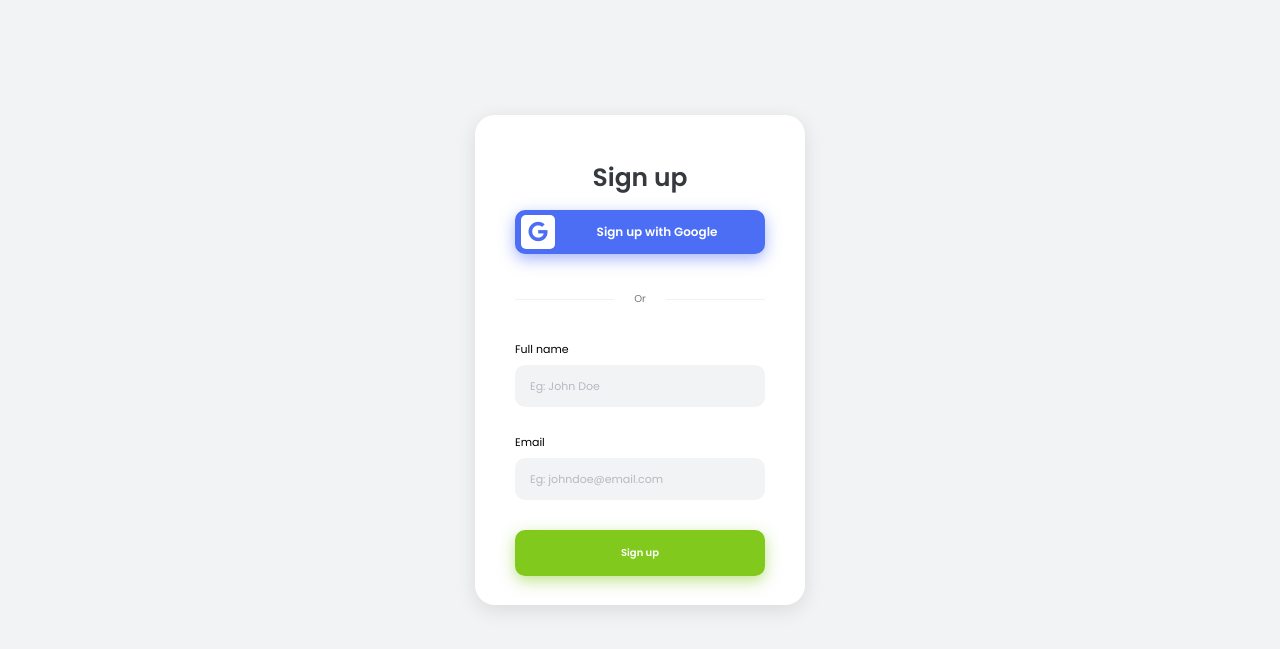
Repository: TranMinhMan040702/practice_html-css
Page: form-login/index.html
These files come from the project's save history. The page is drawn as it stood at one moment and after the next save; the edit follows.
The browser window is 1280 px wide. The pictures show the whole page.
Some web libraries are served in a nearby version.

Above is the page before, as saved 2022-08-24 13:44:00.

After the next save:
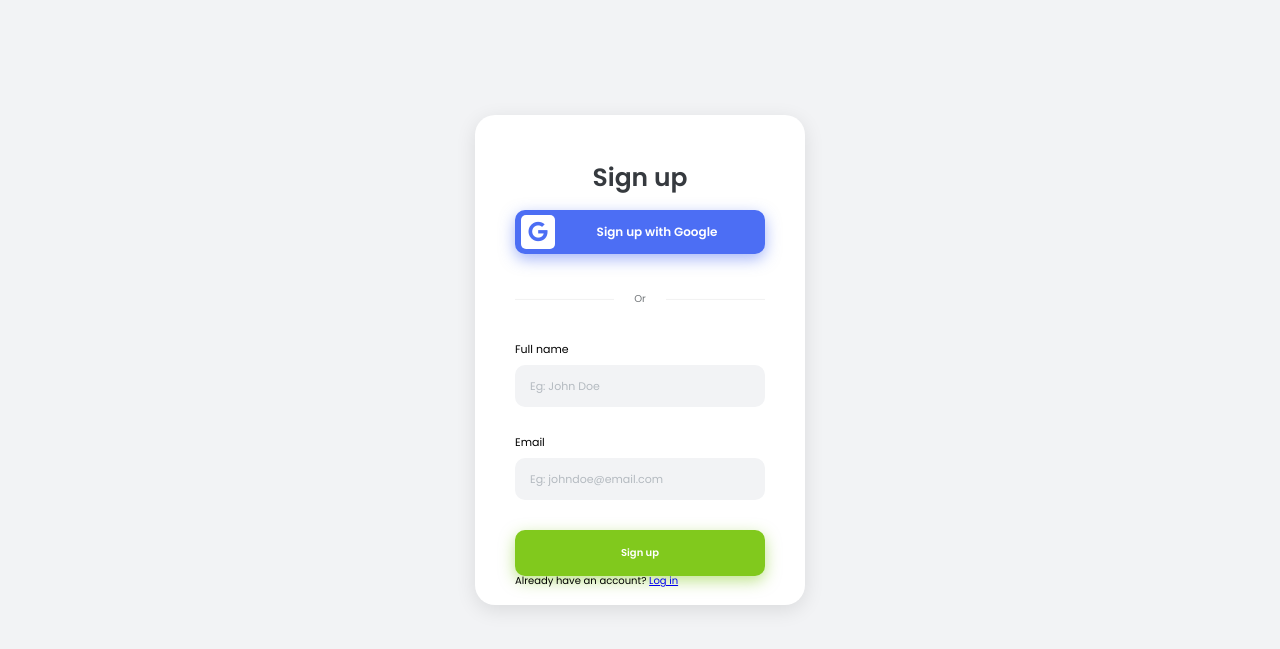
Saved 109 s later.
--- a/form-login/index.html
+++ b/form-login/index.html
@@ -37,6 +37,11 @@
             <span>Sign up</span>
         </button>
 
+        <div class="signup-already">
+            <span>Already have an account?</span>
+            <a href="#" class="signup-link-login">Log in</a>
+        </div>
+
     </div>
 </body>
 </html>
